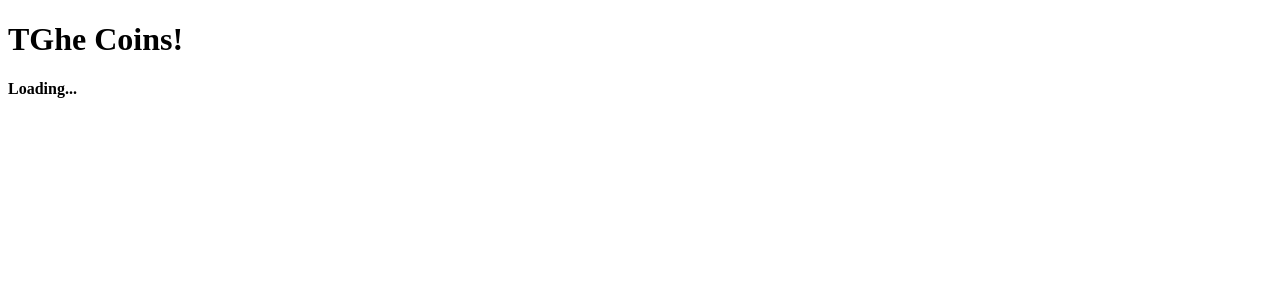
Repository: Leeminsu67/simple-coin-tracker
Page: /
These files come from the project's save history. The page is drawn as it stood at one moment and after the next save; the edit follows.
The browser window is 1280 px wide. The pictures show the whole page.
The project was rebuilt for these pictures with package versions that can differ from the ones it lists, and the page was loaded fresh each time.

Above is the page before, as saved 2024-08-03 21:13:15.

After the next save:
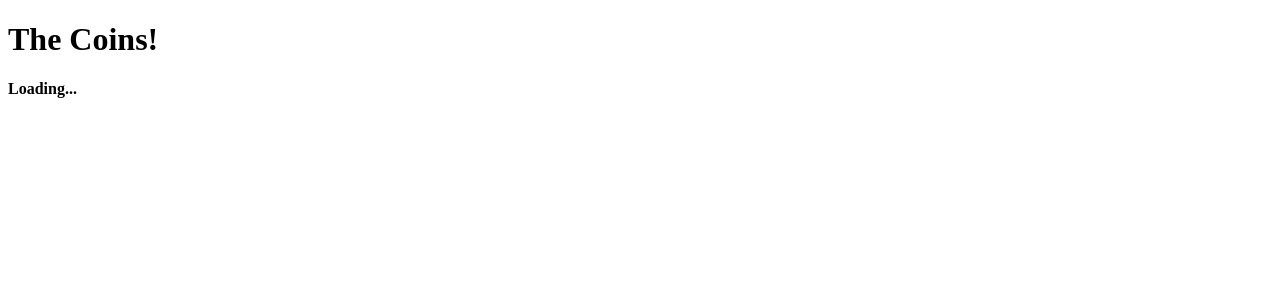
Saved 57 s later.
--- a/src/App.js
+++ b/src/App.js
@@ -4,7 +4,7 @@ function App() {
   const [loading, setLoading] = useState(true);
   return (
     <div>
-      <h1>TGhe Coins!</h1>
+      <h1>The Coins!</h1>
       {loading ? <strong>Loading...</strong> : null}
     </div>
   );
